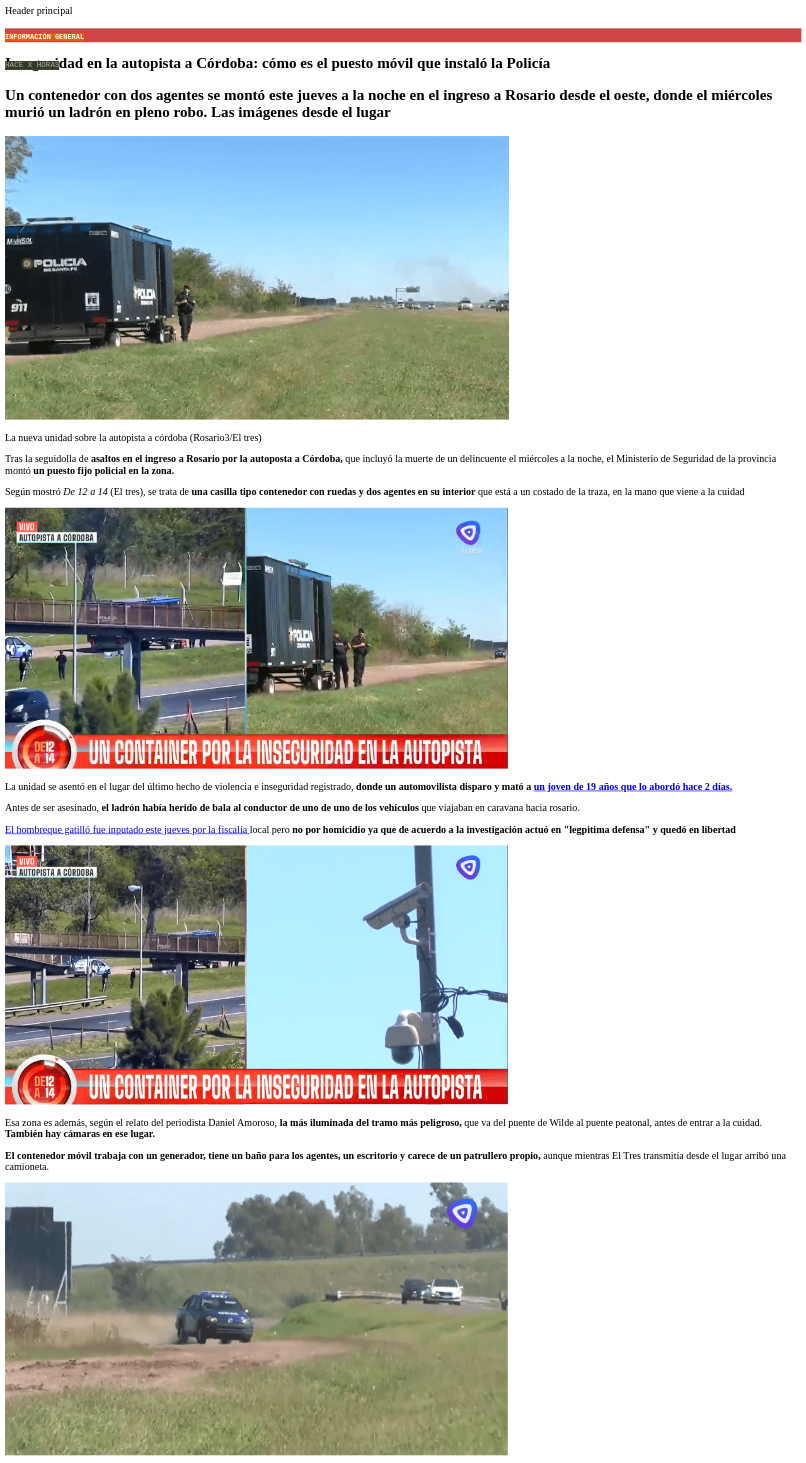
Repository: Larrowo/LPPA
Page: Clase 2/index.html
The author's editor kept a copy of each file at every save. The page is drawn from the files as they stood at one save, then again after the next save.
The browser window is 1280 px wide. The pictures show the whole page, at 63% of full size.

Above is the page before, as saved 2022-04-16 16:52:53.

After the next save:
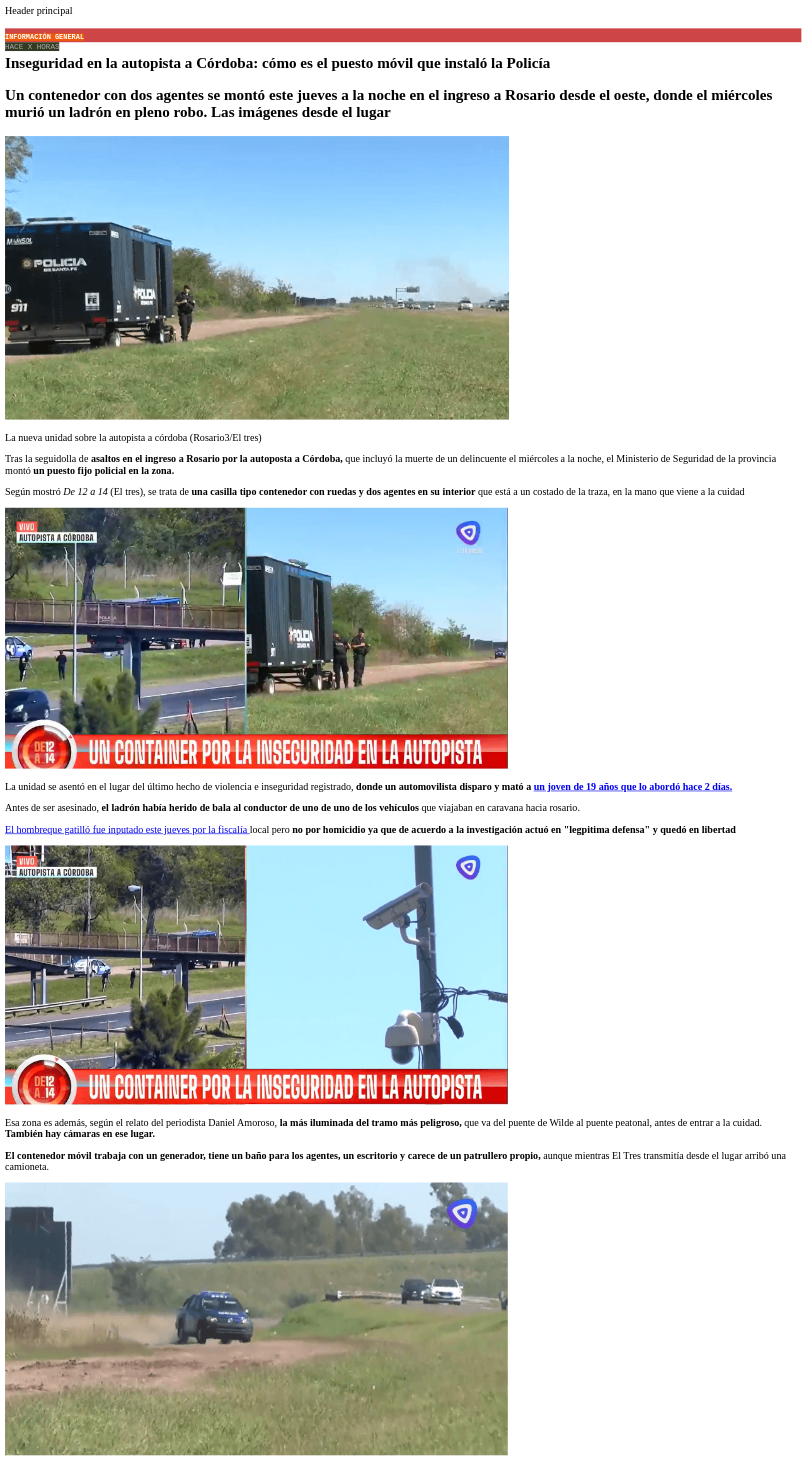
Saved 4 s later.
--- a/Clase 2/style.css
+++ b/Clase 2/style.css
@@ -4,7 +4,7 @@
    text-transform: uppercase;
    font-size: 12px;
    position: absolute;
-   top: 10;
+   top: 10px;
    background-color: #333c23
 }
 

After the save that followed:
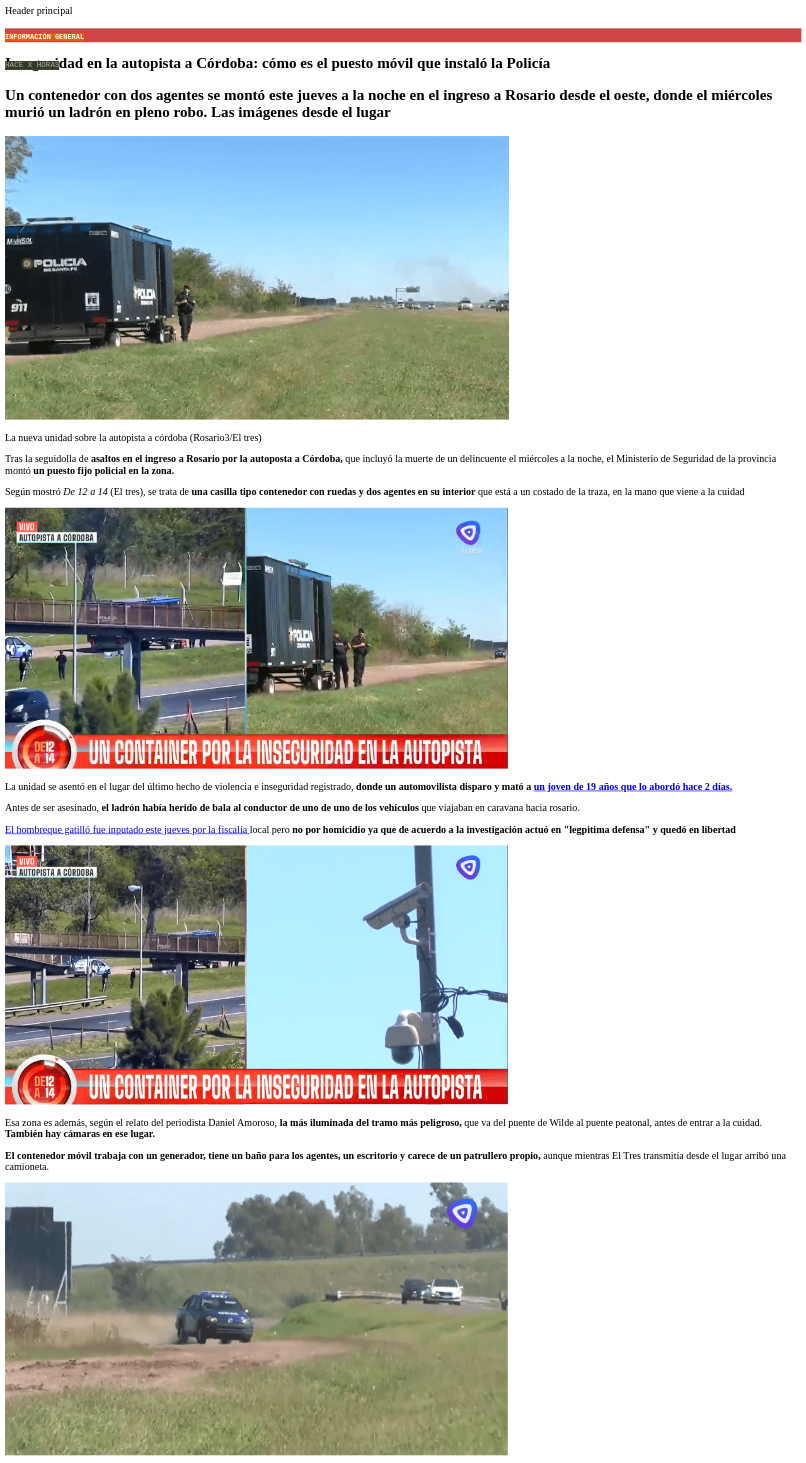
Saved 20 s later.
--- a/Clase 2/style.css
+++ b/Clase 2/style.css
@@ -4,7 +4,7 @@
    text-transform: uppercase;
    font-size: 12px;
    position: absolute;
-   top: 10px;
+   top: s;
    background-color: #333c23
 }
 
